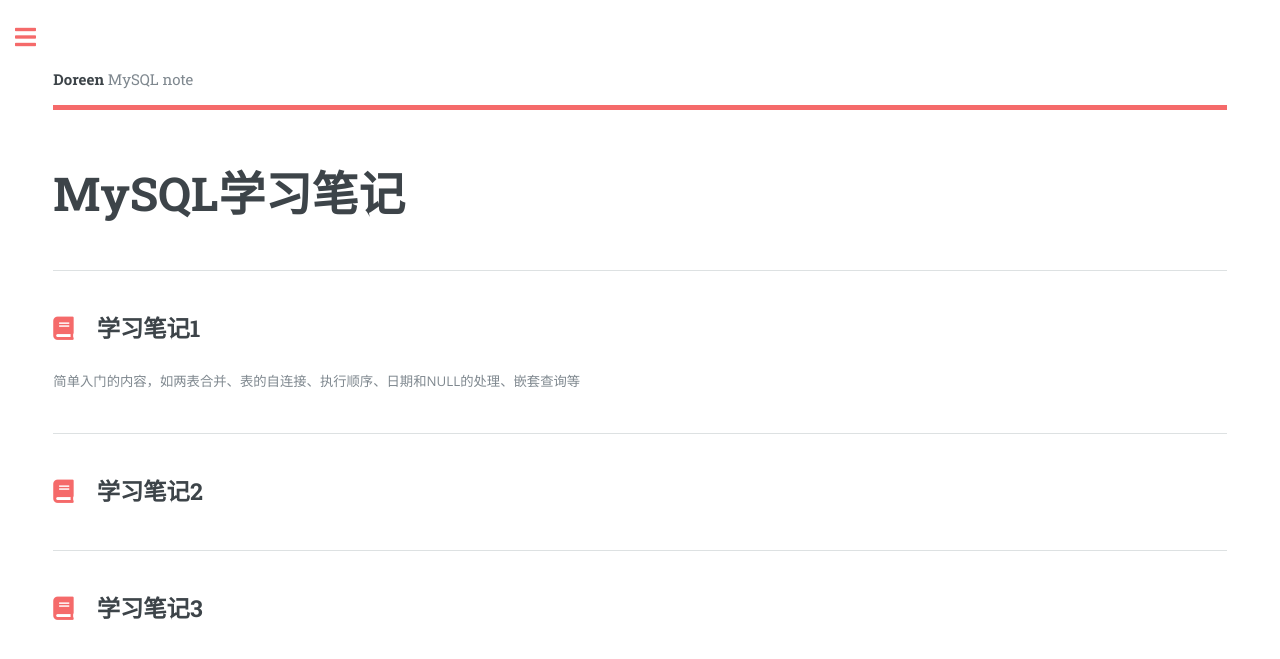
Repository: Hpz3859/Hpz3859.github.io
Page: projects.html
These files come from the project's save history. The page is drawn as it stood at one moment and after the next save; the edit follows.
The browser window is 1280 px wide. The pictures show the whole page.

Above is the page before, as saved 2025-03-19 21:26:55.

### projects.html
<!DOCTYPE HTML>
<!--
	Editorial by HTML5 UP
	html5up.net | @ajlkn
	Free for personal and commercial use under the CCA 3.0 license (html5up.net/license)
-->
<html>
	<head>
		<title>Doreen MySQL note</title>
		<meta charset="utf-8" />
		<meta name="viewport" content="width=device-width, initial-scale=1, user-scalable=no" />
		<link rel="stylesheet" href="assets/css/main.css" />
	</head>
	<body class="is-preload">

		<!-- Wrapper -->
			<div id="wrapper">

				<!-- Main -->
					<div id="main">
						<div class="inner">

							<!-- Header -->
								<header id="header">
									<a href="mysql.html" class="logo"><strong>Doreen</strong> MySQL note</a>
									<!--
									<ul class="icons">
										<li><a href="#" class="icon brands fa-twitter"><span class="label">Twitter</span></a></li>
										<li><a href="#" class="icon brands fa-facebook-f"><span class="label">Facebook</span></a></li>
										<li><a href="#" class="icon brands fa-snapchat-ghost"><span class="label">Snapchat</span></a></li>
										<li><a href="#" class="icon brands fa-instagram"><span class="label">Instagram</span></a></li>
										<li><a href="#" class="icon brands fa-medium-m"><span class="label">Medium</span></a></li>
									</ul>
									-->
								</header>

							<!-- Content -->
							<section>
								<header class="main">
									<h1>MySQL学习笔记</h1>
								</header>
									<!-- Content -->
									<hr class="major" />

									<div class="content">
										<h2>
											<span class="icon solid fa-book" style="color: #f56a6a;"></span>
											&nbsp;&nbsp;
											<a href="MySQL_practice1.html" class="logo">学习笔记1</a>
										</h2>
										<p>简单入门的内容，如两表合并、表的自连接、执行顺序、日期和NULL的处理、嵌套查询等</p>
									</div>


									<hr class="major" />

									<div class="content">
										<h2>
											<span class="icon solid fa-book" style="color: #f56a6a;"></span>
											&nbsp;&nbsp;
											<a href="#" class="logo">学习笔记2</a>
										</h2>
									</div>

									<hr class="major" />

									<div class="content">
										<h2>
											<span class="icon solid fa-book" style="color: #f56a6a;"></span>
											&nbsp;&nbsp;
											<a href="#" class="logo">学习笔记3</a>
										</h2>
									</div>


							</section>

						</div>
					</div>

				<!-- Sidebar -->
					<div id="sidebar">
						<div class="inner">

							<!-- Search -->
								<section id="search" class="alt">
									<form method="post" action="#">
										<input type="text" name="query" id="query" placeholder="Search" />
									</form>
								</section>

							<!-- Menu -->
								<nav id="menu">
									<header class="major">
										<h2>目录</h2>
									</header>
									<ul>
										<li><a href="./index.html">主页</a></li>
										<li>
											<span class="opener">文章</span>
											<ul>
												<li><a href="experience.html">过往经历</a></li>
												<li><a href="#">数据挖掘</a></li>
												<li><a href="#">量化与投资</a></li>
												<li><a href="moments.html">随笔</a></li>
											</ul>
										</li>
										<li>
											<span class="opener">视频</span>
											<ul>
												<li><a href="#">待更新</a></li>
												<li><a href="#">待更新</a></li>
											</ul>
										</li>

									</ul>
								</nav>



							<!-- Footer -->
							 <!--
								<footer id="footer">
									<p class="copyright">&copy; Untitled. All rights reserved. Demo Images: <a href="https://unsplash.com">Unsplash</a>. Design: <a href="https://html5up.net">HTML5 UP</a>.</p>
								</footer>
							-->

						</div>
					</div>

			</div>

		<!-- Scripts -->
			<script src="assets/js/jquery.min.js"></script>
			<script src="assets/js/browser.min.js"></script>
			<script src="assets/js/breakpoints.min.js"></script>
			<script src="assets/js/util.js"></script>
			<script src="assets/js/main.js"></script>

	</body>
</html>

Loaded but not shown: assets/js/jquery.min.js (library); assets/js/browser.min.js (common file); assets/js/breakpoints.min.js (common file); assets/css/fontawesome-all.min.css (library); assets/js/util.js (587 lines, source omitted); assets/js/main.js (262 lines, source omitted); assets/css/main.css (2283 lines, source omitted)

After the next save:
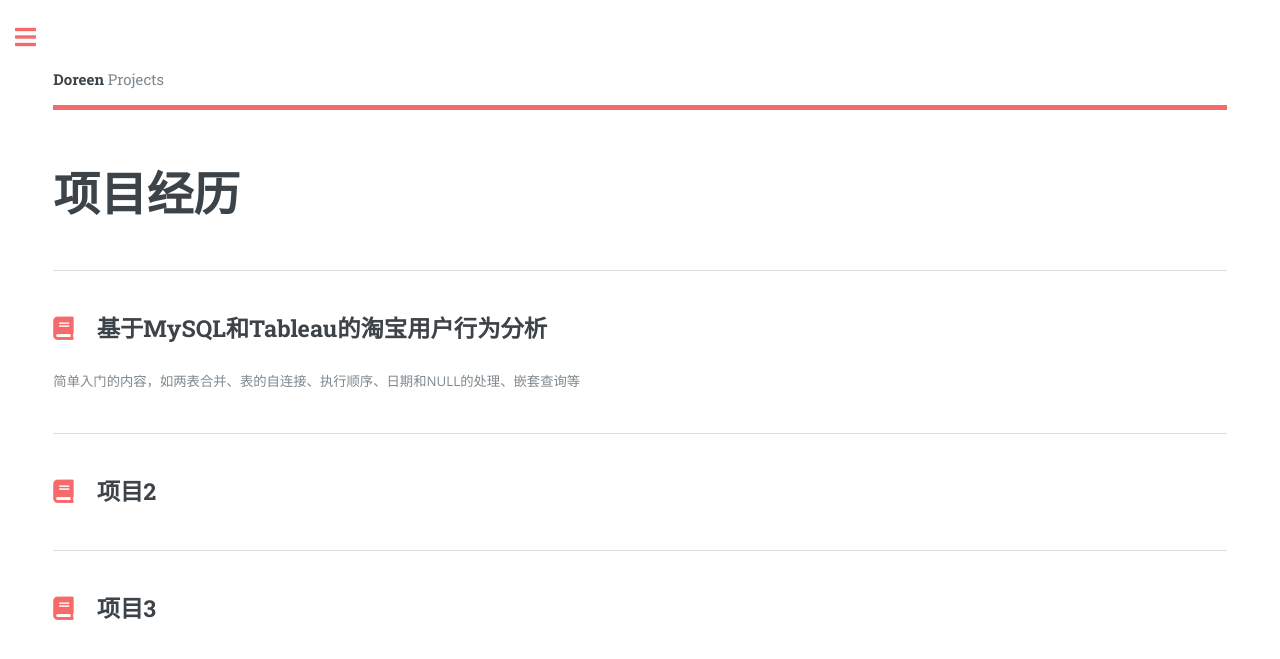
Saved 11 days later.
--- a/projects.html
+++ b/projects.html
@@ -22,7 +22,7 @@
 
 							<!-- Header -->
 								<header id="header">
-									<a href="mysql.html" class="logo"><strong>Doreen</strong> MySQL note</a>
+									<a href="projects.html" class="logo"><strong>Doreen</strong> Projects</a>
 									<!--
 									<ul class="icons">
 										<li><a href="#" class="icon brands fa-twitter"><span class="label">Twitter</span></a></li>
@@ -37,7 +37,7 @@
 							<!-- Content -->
 							<section>
 								<header class="main">
-									<h1>MySQL学习笔记</h1>
+									<h1>项目经历</h1>
 								</header>
 									<!-- Content -->
 									<hr class="major" />
@@ -46,7 +46,7 @@
 										<h2>
 											<span class="icon solid fa-book" style="color: #f56a6a;"></span>
 											&nbsp;&nbsp;
-											<a href="MySQL_practice1.html" class="logo">学习笔记1</a>
+											<a href="MySQL_practice1.html" class="logo">基于MySQL和Tableau的淘宝用户行为分析</a>
 										</h2>
 										<p>简单入门的内容，如两表合并、表的自连接、执行顺序、日期和NULL的处理、嵌套查询等</p>
 									</div>
@@ -58,7 +58,7 @@
 										<h2>
 											<span class="icon solid fa-book" style="color: #f56a6a;"></span>
 											&nbsp;&nbsp;
-											<a href="#" class="logo">学习笔记2</a>
+											<a href="#" class="logo">项目2</a>
 										</h2>
 									</div>
 
@@ -68,7 +68,7 @@
 										<h2>
 											<span class="icon solid fa-book" style="color: #f56a6a;"></span>
 											&nbsp;&nbsp;
-											<a href="#" class="logo">学习笔记3</a>
+											<a href="#" class="logo">项目3</a>
 										</h2>
 									</div>
 
